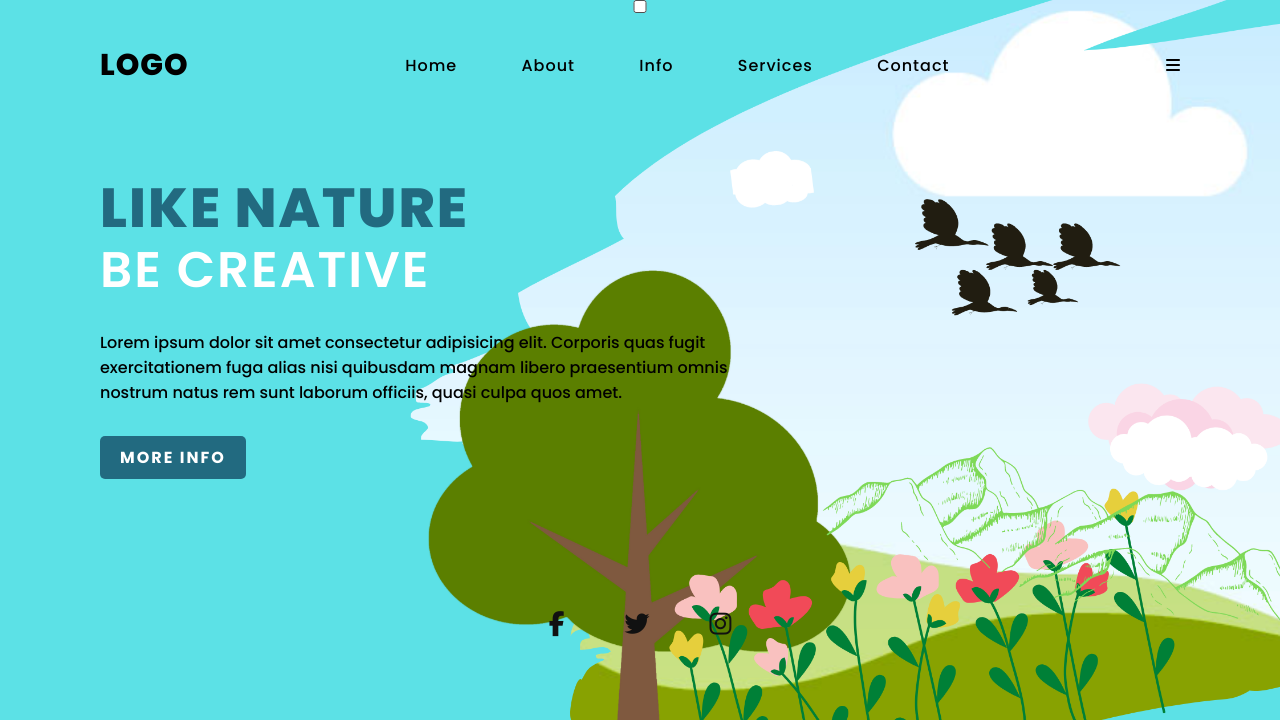
Repository: nganha241/CreativeNature
Page: index.html
An editor plug-in stored every save of this project. The page is shown before and after the next save, followed by the edit.
The browser window is 1280 px wide. The pictures show the whole page.
Some web libraries are served in a nearby version.

Above is the page before, as saved 2022-06-18 09:05:50.

### index.html
<!DOCTYPE html>
<html lang="en">
  <head>
    <meta charset="UTF-8" />
    <meta http-equiv="X-UA-Compatible" content="IE=edge" />
    <meta name="viewport" content="width=device-width, initial-scale=1.0" />
    <title>Creative Nature</title>
    <link rel="stylesheet" href="style.css" />
    <script
      src="https://kit.fontawesome.com/ae971d7ee0.js"
      crossorigin="anonymous"
    ></script>
  </head>
  <body>
    <section>
      <input type="checkbox" id="check" />
      <header>
        <h2><a href="#" class="logo">Logo</a></h2>
        <div class="navigation">
          <a href="#">Home</a>
          <a href="#">About</a>
          <a href="#">Info</a>
          <a href="#">Services</a>
          <a href="#">Contact</a>
        </div>
        <label for="">
          <i class="fas fa-bars menu-btn"></i>
        </label>
      </header>
      <div class="content">
        <div class="info">
          <h2>Like Nature <br /><span>Be Creative</span></h2>
          <p>
            Lorem ipsum dolor sit amet consectetur adipisicing elit. Corporis
            quas fugit exercitationem fuga alias nisi quibusdam magnam libero
            praesentium omnis nostrum natus rem sunt laborum officiis, quasi
            culpa quos amet.
          </p>
          <a href="#" class="info-btn">More Info</a>
        </div>
      </div>
      <div class="media-icons">
        <a href="#"><i class="fa fa-facebook"></i></a>
        <a href="#"><i class="fa fa-twitter"></i></a>
        <a href="#"><i class="fa fa-instagram" aria-hidden="true"></i></a>
      </div>
    </section>
  </body>
</html>

### style.css
@import url('https://fonts.googleapis.com/css2?family=Poppins:wght@300;400;500;600;700;800;900&display=swap');

* {
    box-sizing: border-box;
    padding: 0;
    margin: 0;
    font-family: 'Poppins', sans-serif;
}

a {
    text-decoration: none;
}

section {
    position: relative;
    width: 100%;
    min-height: 100vh;
    display: flex;
    flex-direction: column;
    justify-content: flex-start;
    background: url("./bg.png");
    background-size: cover;
    background-position: center;
}

header {
    position: relative;
    top: 0;
    width: 100%;
    padding: 30px 100px;
    display: flex;
    justify-content: space-between;
    align-items: center;
}

header .logo {
    position: relative;
    color: #000;
    font-size: 30px;
    text-transform: uppercase;
    font-weight: 800;
    letter-spacing: 1px;
}

header .navigation a{
    color: #000;
    background: none;
    font-weight: 500;
    letter-spacing: 1px;
    padding: 2px 15px;
    border-radius: 20px;
    transition: 0.3ms;
    transition-property: background;
}

header .navigation a:not(:last-child) {
    margin-right: 30px;
}

header .navigation a:hover {
    background: #7EC1FC;
}

.content {
    max-width: 650px;
    margin: 60px 100px;
}

.content .info h2 {
    color: #226a80;
    font-size: 55px;
    text-transform: uppercase;
    font-weight: 800;
    letter-spacing: 2px;
    line-height: 60px;
    margin-bottom: 30px;
}

.content .info h2 span {
    color: #fff;
    font-size: 50px;
    font-weight: 600;
}

.content .info p {
    font-size: 16px;
    font-weight: 500;
    margin-bottom: 40px;
}

.content .info-btn {
    color: #fff;
    background: #226a80;
    text-transform: uppercase;
    font-weight: 700;
    letter-spacing: 2px;
    padding: 10px 20px;
    border-radius: 5px;
    transition: 0.3s;
    transition-property: background;
}

.content .info-btn:hover {
    background: #0c4f60;
}

.media-icons {
    display: flex;
    justify-content: center;
    align-items: center;
    margin: auto;
}

.media-icons a {
    position: relative;
    color: #111;
    font-size: 25px;
    transition: 0.3s;
    transition-property: transform;
}

.media-icons a:not(:last-child) {
    margin-right: 60px;
}

.media-icons a:hover {
    transform: scale(1.5);
}

After the next save:
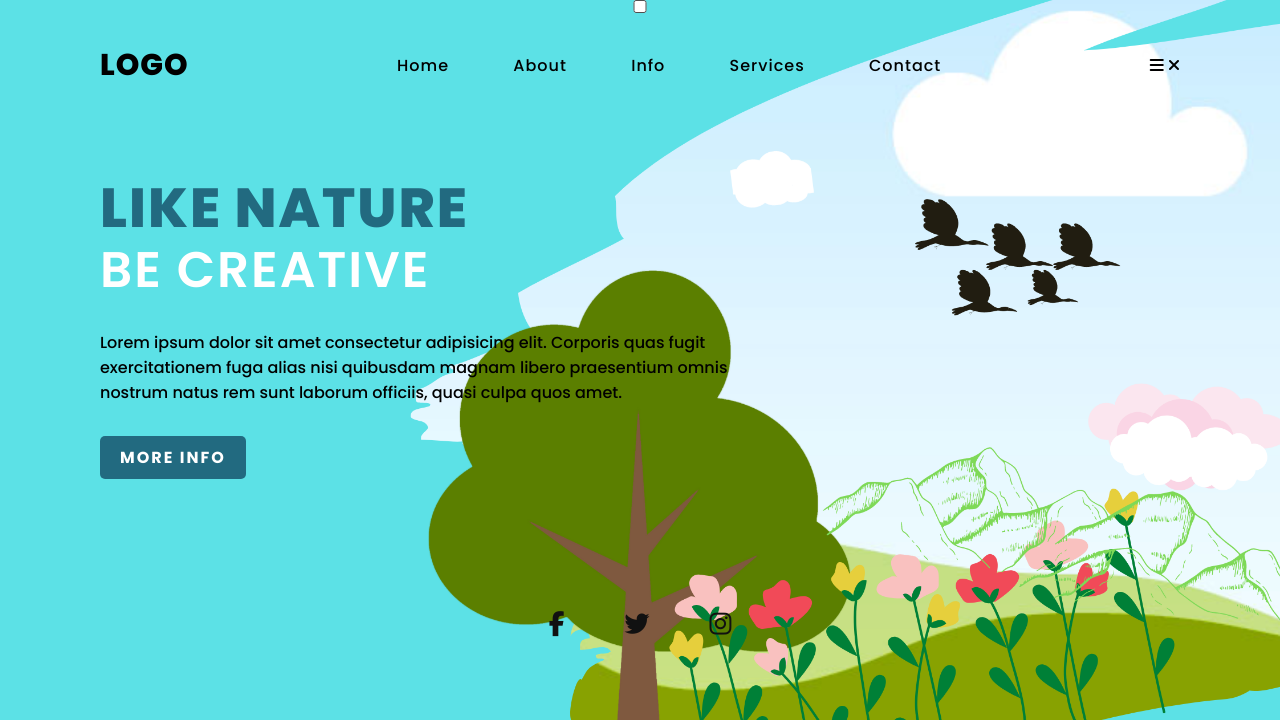
Saved 38 s later.
--- a/index.html
+++ b/index.html
@@ -25,6 +25,7 @@
         </div>
         <label for="">
           <i class="fas fa-bars menu-btn"></i>
+          <i class="fa fa-times close-btn"></i>
         </label>
       </header>
       <div class="content">
